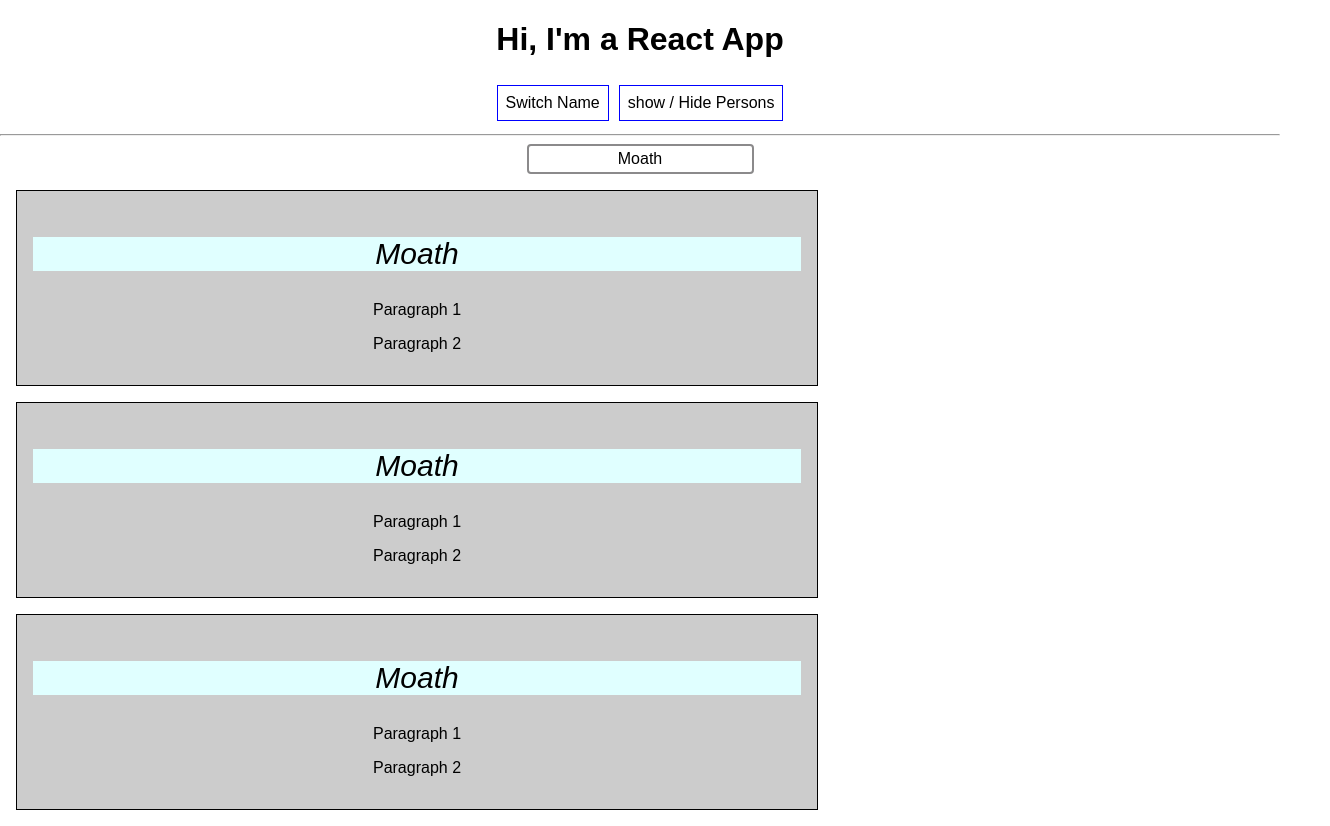
Repository: MuathYHKefayah/React-Basics
Page: /
An editor plug-in stored every save of this project. The page is shown before and after the next save, followed by the edit.
The browser window is 1280 px wide. The page is 1280 px wide, then 1330 px, so the pictures cover 1330 px, including what lies to the right of the window. The pictures show the whole page.
The project was rebuilt for these pictures with package versions that can differ from the ones it lists, and the page was loaded fresh each time. Also part of the build but not shown: src/Person/Person.css, src/Person/Person.js.

Above is the page before, as saved 2020-12-12 13:13:16.

### src/App.js
import React, { Component } from 'react';
import './App.css';
import Person from './Person/Person';
import UserInput from './UserInput/UserInput';
import UserOutput from './UserOutput/UserOutput';

class App extends Component {
  state = {
     persons: [
       { name:'Moath', age: 25},
       { name:'Ahmad', age: 26},
       { name:'Khaled', age: 27},
     ],
     username: "Moath",
     showPersons: false
  }

  switchNameHandler  = (newName, newAge) => {
    //Don't Do This: this.state.persons[0].name = "Max";
    this.setState({
      persons: [
        { name:newName, age: 25},
        { name:'Ahmad', age: 26},
        { name:'Khaled', age: newAge},
      ]
    })
  }

  nameChangedHandler = (event) => {
    this.setState({
      persons: [
        { name:'Moath', age: 25},
        { name: event.target.value, age: 26},
        { name:'Khaled', age: 27},
      ]
    })
  }

  usernameChangedHandelr = (event) => {
    this.setState({
      username: event.target.value
    })
  }

  togglePersonsHandler = () => {
    const doesShow =  this.state.showPersons;
    this.setState({
      showPersons : !doesShow
    });
  }

  render() {
    const style = {
      backgroundColor: 'white',
      font: 'inherit',
      border: '1px solid blue',
      padding: '8px',
      cursor: 'pointer',
      margin: '5px'
    };

    return (
      // jsx \\ write html code in js file
      <div className="App">
        <h1>Hi, I'm a React App</h1>
        <button
          style={style}
          onClick={() => this.switchNameHandler('Moath!!', 30)}>Switch Name</button>
        <button
          style={style}
          onClick={this.togglePersonsHandler}> show / Hide Persons</button>
        { this.state.showPersons ?
            <div>
              <Person name={this.state.persons[0].name} age={this.state.persons[0].age}/>
              <Person
                name={this.state.persons[1].name}
                age={this.state.persons[1].age}
                click={this.switchNameHandler.bind(this, 'Moath!', 40)}
                changed={this.nameChangedHandler}
                >My Hobbies: Racing</Person>
              <Person name={this.state.persons[2].name} age={this.state.persons[2].age}/>
            </div> : null
        }


        <hr/>
        <UserInput
          name={this.state.username}
          changed={this.usernameChangedHandelr}/>

        <UserOutput name={this.state.username}/>
        <UserOutput name={this.state.username}/>
        <UserOutput name={this.state.username}/>

      </div>
    );
    //return React.createElement('div', {className: 'App'} , React.createElement('h1', null , 'Hi, I\'m a React App !!!' ))
  }
}

export default App;

### src/UserInput/UserInput.js
import React, { Component } from 'react';


class UserInput extends Component{
    render(){
        const style = {
            fontSize: '16px',
            fontFamily: 'inherit',
            padding: '0.25em 0.5em',
            backgroundColor: '#fff',
            border: '2px solid #8b8a8b',
            borderRadius: '4px',
            textAlign: 'center'
        }
        return(
            <div className="UserInput">
                <input
                    style= {style}
                    type="text"
                    onChange={this.props.changed}
                    value={this.props.name}/>
            </div>

        );
    }
}

export default UserInput;

### src/UserOutput/UserOutput.js
import React, { Component } from 'react';
import './UserOutput.css'

class UserOutput extends Component {

    render(){
        const style = {
            backgroundColor: 'lightcyan',
            fontStyle: 'oblique',
            fontSize: '30px'
        };
        return(
            <div className="UserOutput">
                <p style={style}>{this.props.name}</p>
                <p>Paragraph 1</p>
                <p>Paragraph 2</p>
            </div>
        );
    }
}

export default UserOutput;

### src/UserOutput/UserOutput.css
.UserOutput{
    width: 60%;
    border: 1px solid black;
    padding: 16px;
    background-color: #ccc;
    margin: 16px;
    text-align: center;
}

Loaded but not shown: public/index.html (common file); src/index.js (common file); src/index.css (common file); src/registerServiceWorker.js (common file); src/App.css (common file)

After the next save:
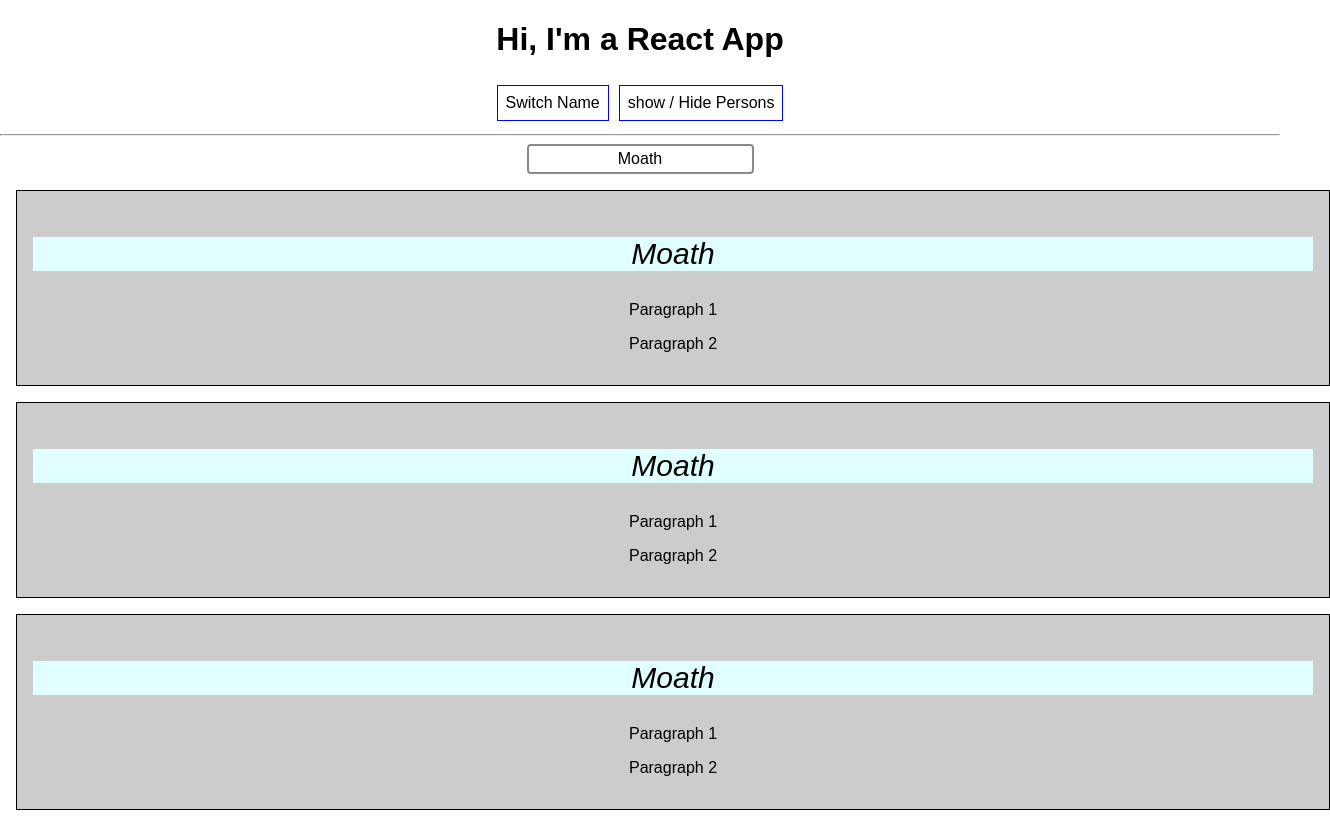
Saved 65 s later.
--- a/src/UserOutput/UserOutput.css
+++ b/src/UserOutput/UserOutput.css
@@ -1,5 +1,5 @@
 .UserOutput{
-    width: 60%;
+    width: 100%;
     border: 1px solid black;
     padding: 16px;
     background-color: #ccc;
